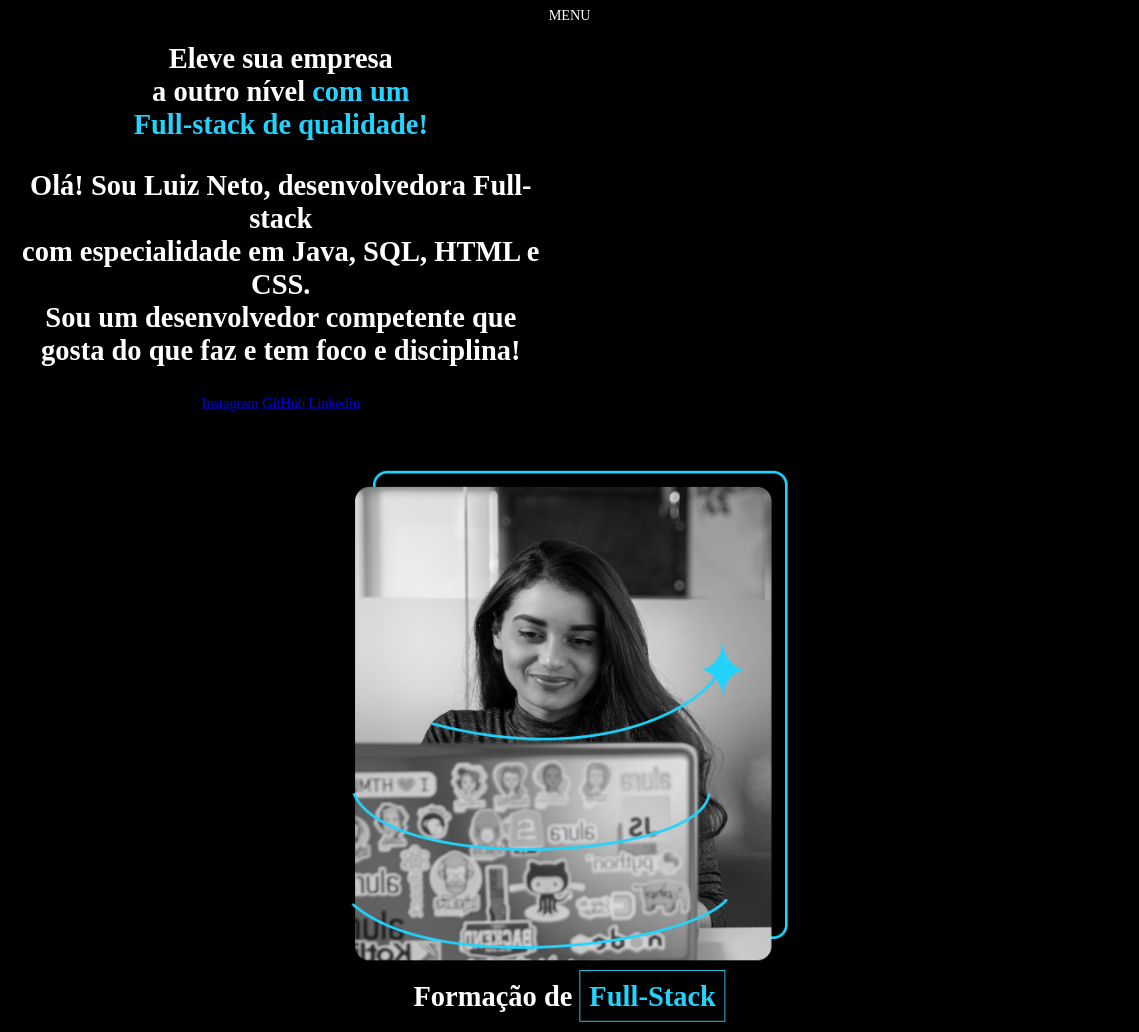
Repository: luiz123098/Sobre-mim-em-HTM-CSS
Page: htmlcss.html
An editor plug-in stored every save of this project. The page is shown before and after the next save, followed by the edit.
The browser window is 1280 px wide. The pictures show the whole page, at 89% of full size.

Above is the page before, as saved 2023-03-08 14:17:37.

After the next save:
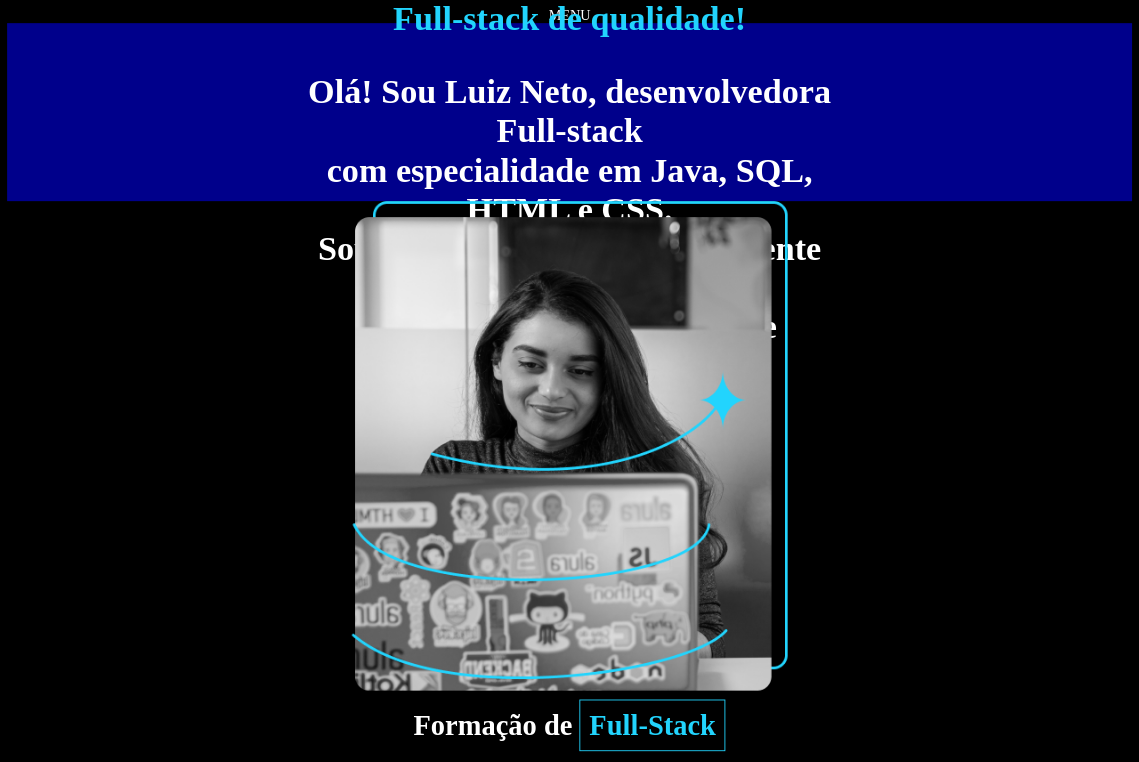
Saved 26 s later.
--- a/style.Css
+++ b/style.Css
@@ -30,3 +30,16 @@
     top: 278px;
     border-radius: [object Object]px;
 }
+
+.flex-container {
+    display: flex;
+    /*isso centraliza o texto horizontalmente*/
+    justify-content: center;
+    /*isso centraliza o texto verticalmente*/
+    align-items: center;
+
+    height: 200px;
+    color: #fff;
+    font-size: 1.2rem;
+    background: #00008b;
+}
